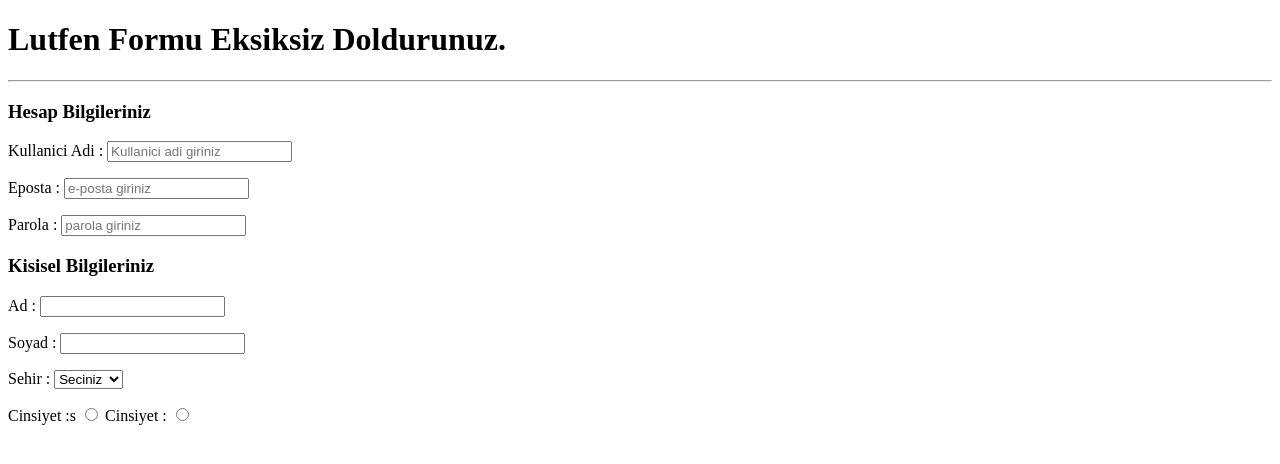
Repository: sammkrt/git101
Page: html-css-TrainingMyself/uygulama4.html
An editor plug-in stored every save of this project. The page is shown before and after the next save, followed by the edit.
The browser window is 1280 px wide. The pictures show the whole page.

Above is the page before, as saved 2022-12-22 12:49:43.

After the next save:
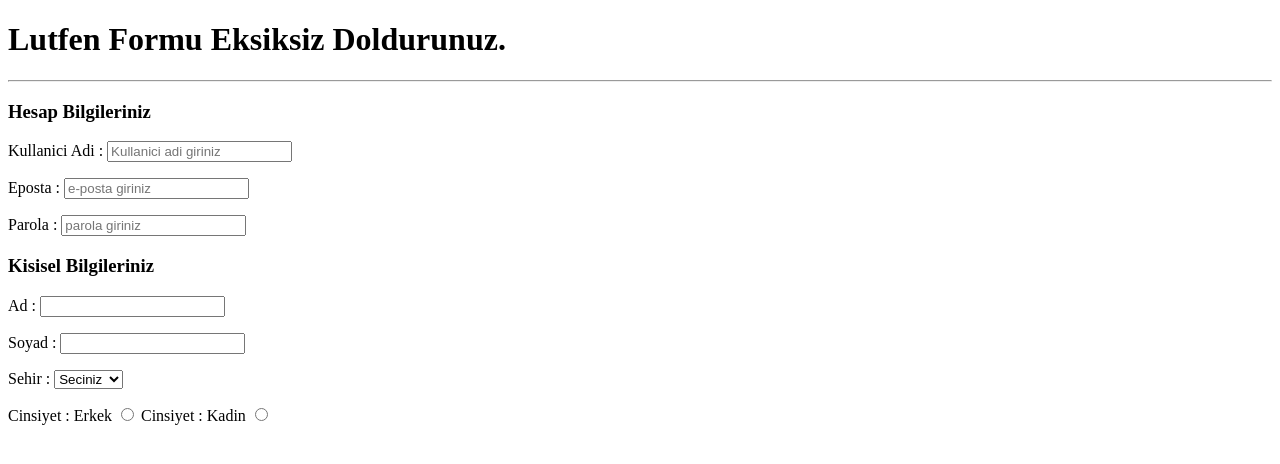
Saved 15 s later.
--- a/html-css-TrainingMyself/uygulama4.html
+++ b/html-css-TrainingMyself/uygulama4.html
@@ -37,8 +37,8 @@
             </select>
         </p>
         <p>
-            Cinsiyet :s <input type="radio" name="Cinsiyet">
-            Cinsiyet : <input type="radio" name="Cinsiyet">
+            Cinsiyet : Erkek <input type="radio" name="Cinsiyet">
+            Cinsiyet : Kadin <input type="radio" name="Cinsiyet">
         </p>
         <p>
 
